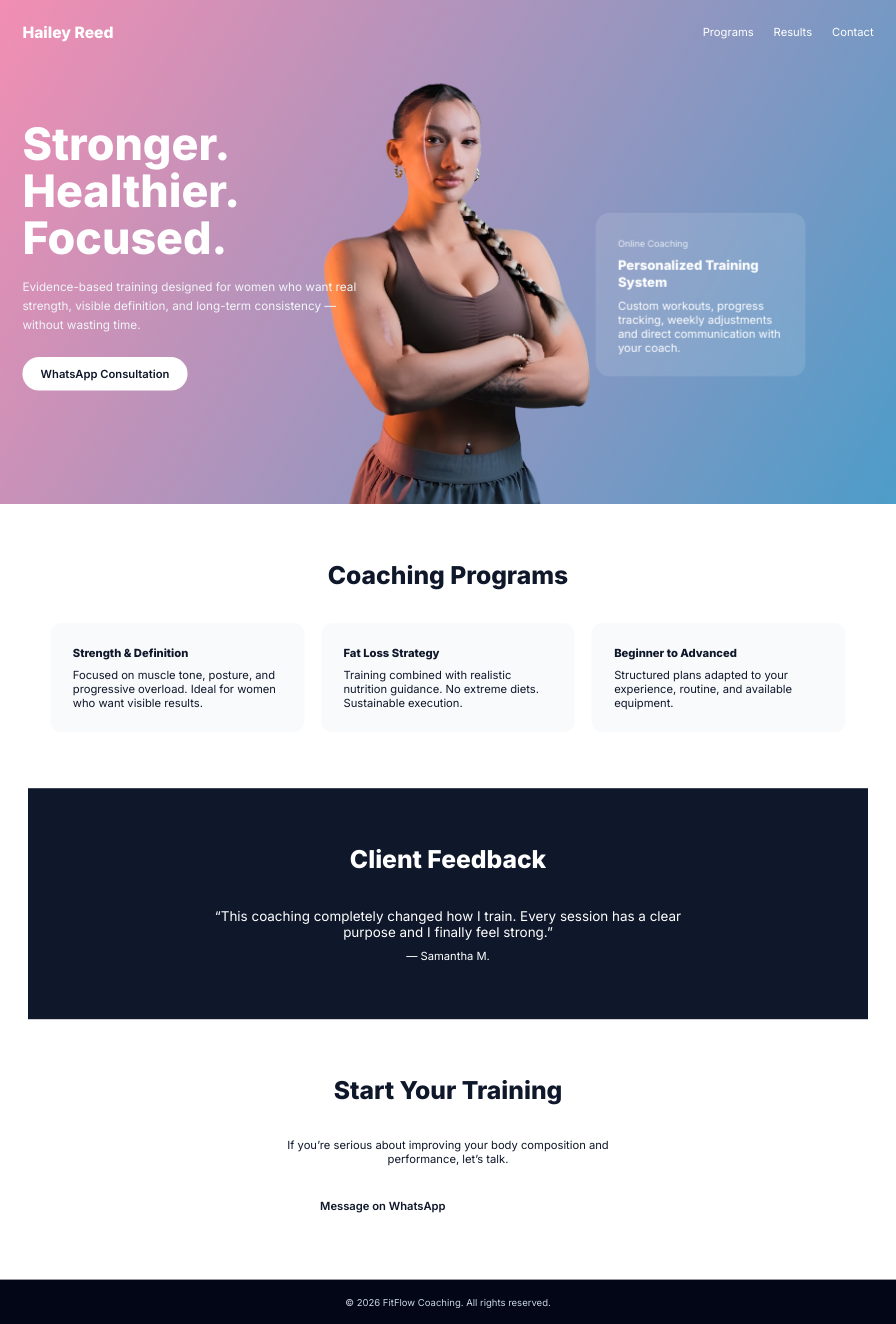
Repository: davidfsillva/Hailey-Reed-Coaching
Page: index.html
These files come from the project's save history. The page is drawn as it stood at one moment and after a run of saves; the edit follows.
The browser window is 1280 px wide. The pictures show the whole page, at 70% of full size.

Above is the page before, as saved 2026-02-11 17:42:50.

After the next 6 saves:
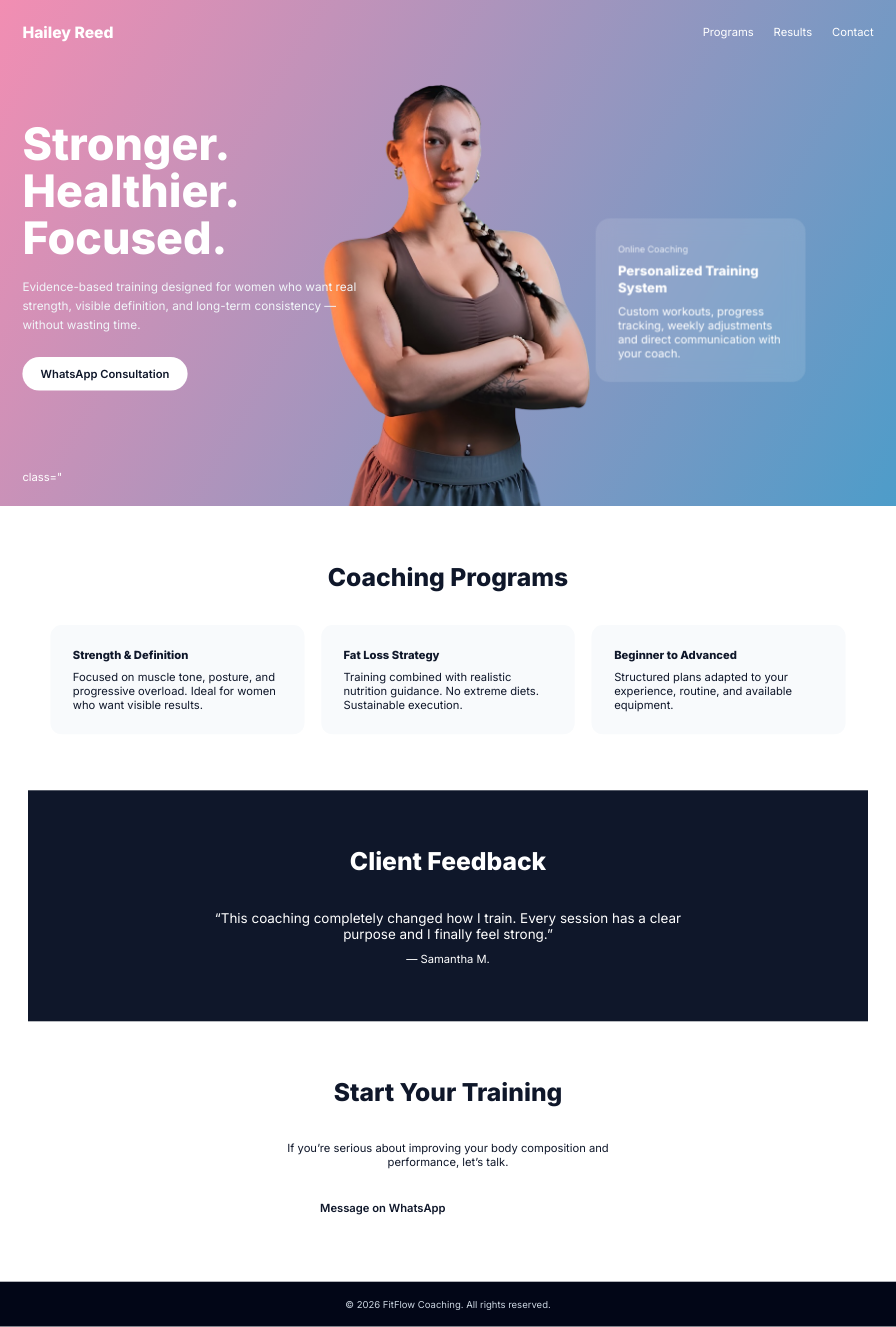
The 6 saves are shown as one change because they came seconds apart.
The last was saved 13 s later.
--- a/index.html
+++ b/index.html
@@ -48,7 +48,7 @@
       </div>
     </div>
 
-    <div></div>
+    <div> class="</div>
 
     <div class="hero-card">
       <span class="tag">Online Coaching</span>
